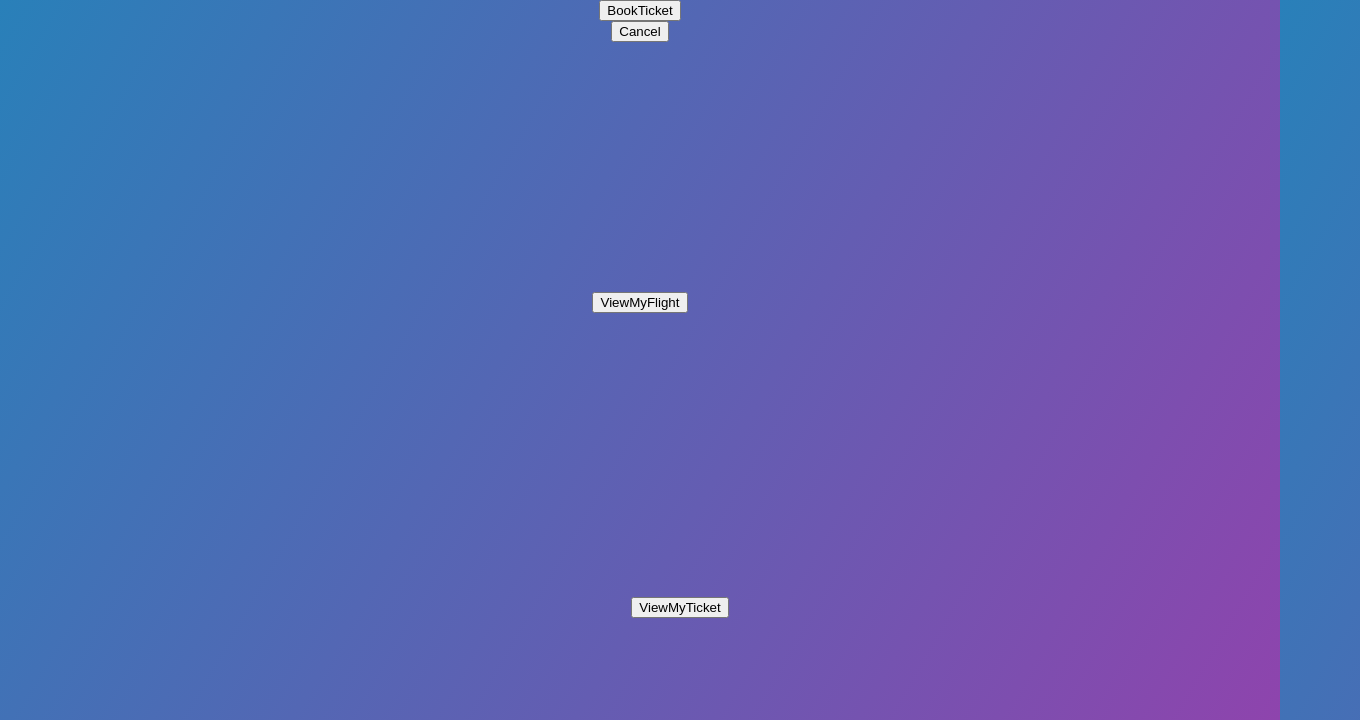
Repository: kalpesh3070/backend2
Page: flyaway/src/main/webapp/main.html
The author's editor kept a copy of each file at every save. The page is drawn from the files as they stood at one save, then again after the next save.
The browser window is 1280 px wide. The page is 1360 px wide, then 1280 px, so the pictures cover 1360 px, including what lies to the right of the window. The pictures show the whole page.

Above is the page before, as saved 2022-11-14 16:16:49.

### flyaway/src/main/webapp/main.html
<!DOCTYPE html>
<html>
<head>
<meta charset="ISO-8859-1">
<link rel="stylesheet" href="main.css">
<title>HOME</title>
</head>
<center>
<div class="body">
<body>
<div class="book">
<a href="http://localhost:8080/flyaway/Ticket_booking.html"><button>BookTicket</button></a>
</div>
<div class="cancel">
<a href="http://localhost:8080/flyaway/Delet.html"><button>Cancel</button></a>
</div>
<div class="view">
<a href="http://localhost:8080/flyaway/Home.html"> <button>ViewMyFlight</button></a>
</div>
<div class="ticket">
<a href="http://localhost:8080/flyaway/My_Ticket.html"><button>ViewMyTicket</button></a>
</div>
</div>
</center>
</body>
</html>

### flyaway/src/main/webapp/main.css
@charset "ISO-8859-1";
body{
margin: 0;
padding: 0;
font-family: montserrat;
background: linear-gradient(120deg,#2980b9,#8e44ad);
height: 100vh;
overflow:hidden;
}

.ticket{
	width : 100%;
	margin:250px auto;
	size: 500px;
	font-size:2em;
	padding:20px 40px;
}
.view{
	width : 100%;
	margin:250px auto;
	size: 500px;
}

After the next save:
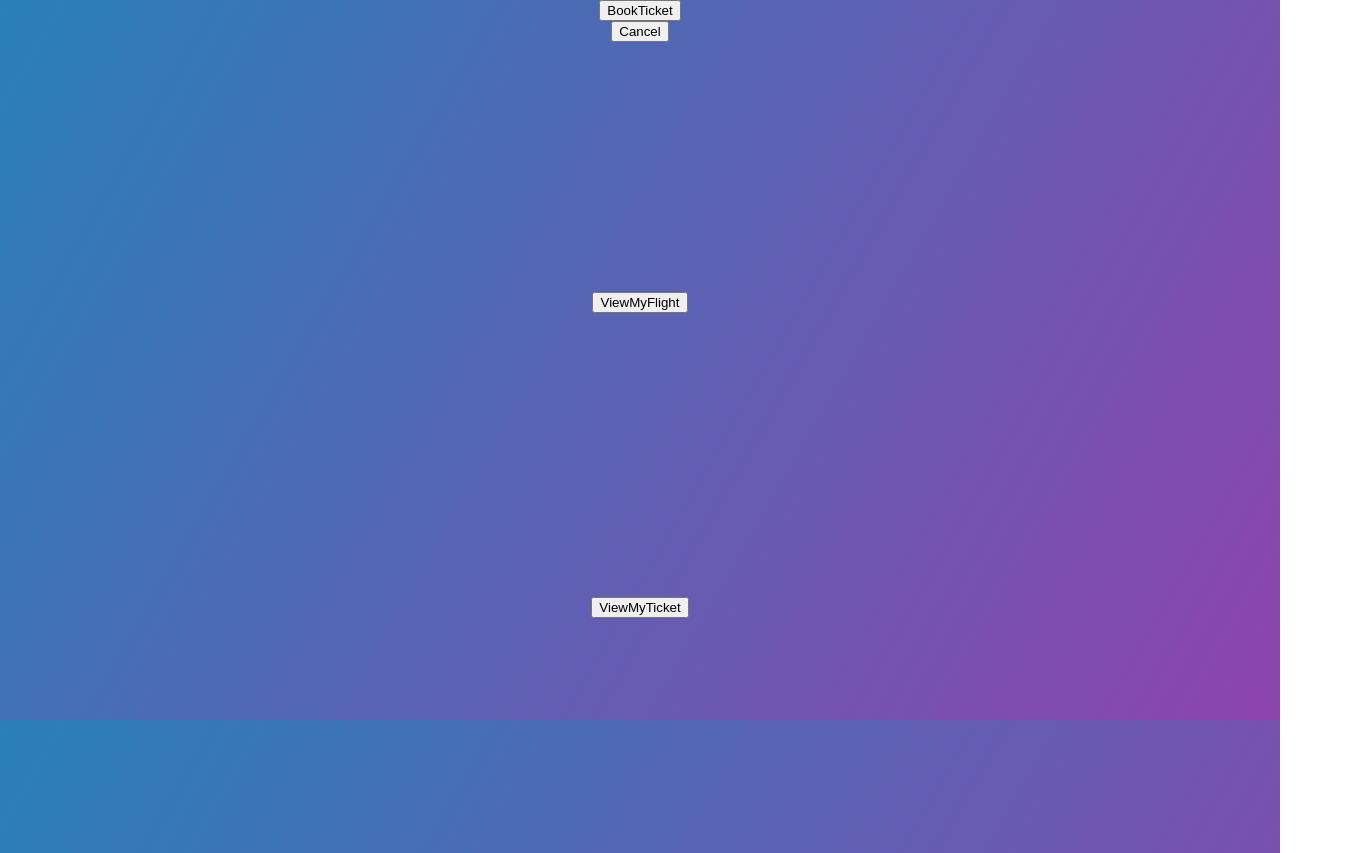
Saved 87 s later.
--- a/flyaway/src/main/webapp/main.css
+++ b/flyaway/src/main/webapp/main.css
@@ -9,7 +9,8 @@ overflow:hidden;
 }
 
 .ticket{
-	width : 100%;
+	width : 250px;
+	height:250px;
 	margin:250px auto;
 	size: 500px;
 	font-size:2em;
